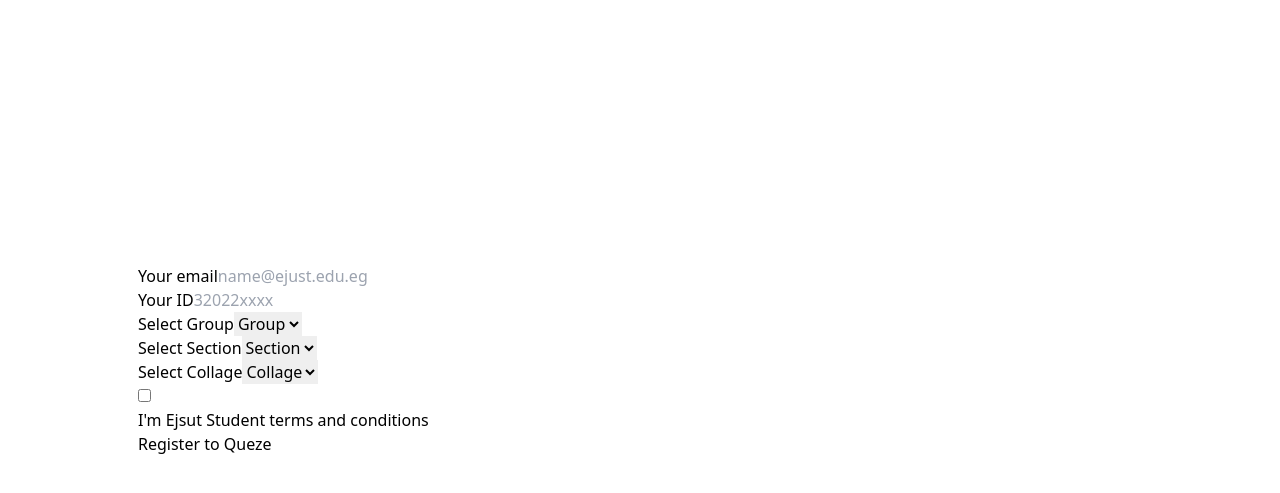
Repository: AbdalrahmanEldeep/FIBOTIC
Page: /
These files come from the project's save history. The page is drawn as it stood at one moment and after a run of saves; the edit follows.
The browser window is 1280 px wide. The pictures show the whole page.
The project was rebuilt for these pictures with package versions that can differ from the ones it lists, and the page was loaded fresh each time. Also part of the build but not shown: vite.config.js, src/pages/protecter.jsx, src/pages/exame.jsx.

Above is the page before, as saved 2023-01-06 22:56:07.

### index.html
<!DOCTYPE html>
<html lang="en">
  <head>
    <meta charset="UTF-8" />
    <link rel="icon" type="image/svg+xml" href="/vite.svg" />
    <meta name="viewport" content="width=device-width, initial-scale=1.0" />
    <title>FIBO</title>
    <!-- Tailwindcss -->
    <link rel="stylesheet" href="/src/global/app.css">
  </head>
  <body>
    <div id="root"></div>
    <script type="module" src="/src/main.jsx"></script>
  </body>
</html>

### src/global/app.css
/*
! tailwindcss v3.2.4 | MIT License | https://tailwindcss.com
*/

/*
1. Prevent padding and border from affecting element width. (https://github.com/mozdevs/cssremedy/issues/4)
2. Allow adding a border to an element by just adding a border-width. (https://github.com/tailwindcss/tailwindcss/pull/116)
*/

*,
::before,
::after {
  box-sizing: border-box;
  /* 1 */
  border-width: 0;
  /* 2 */
  border-style: solid;
  /* 2 */
  border-color: #e5e7eb;
  /* 2 */
}

::before,
::after {
  --tw-content: '';
}

/*
1. Use a consistent sensible line-height in all browsers.
2. Prevent adjustments of font size after orientation changes in iOS.
3. Use a more readable tab size.
4. Use the user's configured `sans` font-family by default.
5. Use the user's configured `sans` font-feature-settings by default.
*/

html {
  line-height: 1.5;
  /* 1 */
  -webkit-text-size-adjust: 100%;
  /* 2 */
  -moz-tab-size: 4;
  /* 3 */
  -o-tab-size: 4;
     tab-size: 4;
  /* 3 */
  font-family: ui-sans-serif, system-ui, -apple-system, BlinkMacSystemFont, "Segoe UI", Roboto, "Helvetica Neue", Arial, "Noto Sans", sans-serif, "Apple Color Emoji", "Segoe UI Emoji", "Segoe UI Symbol", "Noto Color Emoji";
  /* 4 */
  font-feature-settings: normal;
  /* 5 */
}

/*
1. Remove the margin in all browsers.
2. Inherit line-height from `html` so users can set them as a class directly on the `html` element.
*/

body {
  margin: 0;
  /* 1 */
  line-height: inherit;
  /* 2 */
}

/*
1. Add the correct height in Firefox.
2. Correct the inheritance of border color in Firefox. (https://bugzilla.mozilla.org/show_bug.cgi?id=190655)
3. Ensure horizontal rules are visible by default.
*/

hr {
  height: 0;
  /* 1 */
  color: inherit;
  /* 2 */
  border-top-width: 1px;
  /* 3 */
}

/*
Add the correct text decoration in Chrome, Edge, and Safari.
*/

abbr:where([title]) {
  -webkit-text-decoration: underline dotted;
          text-decoration: underline dotted;
}

/*
Remove the default font size and weight for headings.
*/

h1,
h2,
h3,
h4,
h5,
h6 {
  font-size: inherit;
  font-weight: inherit;
}

/*
Reset links to optimize for opt-in styling instead of opt-out.
*/

a {
  color: inherit;
  text-decoration: inherit;
}

/*
Add the correct font weight in Edge and Safari.
*/

b,
strong {
  font-weight: bolder;
}

/*
1. Use the user's configured `mono` font family by default.
2. Correct the odd `em` font sizing in all browsers.
*/

code,
kbd,
samp,
pre {
  font-family: ui-monospace, SFMono-Regular, Menlo, Monaco, Consolas, "Liberation Mono", "Courier New", monospace;
  /* 1 */
  font-size: 1em;
  /* 2 */
}

/*
Add the correct font size in all browsers.
*/

small {
  font-size: 80%;
}

/*
Prevent `sub` and `sup` elements from affecting the line height in all browsers.
*/

sub,
sup {
  font-size: 75%;
  line-height: 0;
  position: relative;
  vertical-align: baseline;
}

sub {
  bottom: -0.25em;
}

sup {
  top: -0.5em;
}

/*
1. Remove text indentation from table contents in Chrome and Safari. (https://bugs.chromium.org/p/chromium/issues/detail?id=999088, https://bugs.webkit.org/show_bug.cgi?id=201297)
2. Correct table border color inheritance in all Chrome and Safari. (https://bugs.chromium.org/p/chromium/issues/detail?id=935729, https://bugs.webkit.org/show_bug.cgi?id=195016)
3. Remove gaps between table borders by default.
*/

table {
  text-indent: 0;
  /* 1 */
  border-color: inherit;
  /* 2 */
  border-collapse: collapse;
  /* 3 */
}

/*
1. Change the font styles in all browsers.
2. Remove the margin in Firefox and Safari.
3. Remove default padding in all browsers.
*/

button,
input,
optgroup,
select,
textarea {
  font-family: inherit;
  /* 1 */
  font-size: 100%;
  /* 1 */
  font-weight: inherit;
  /* 1 */
  line-height: inherit;
  /* 1 */
  color: inherit;
  /* 1 */
  margin: 0;
  /* 2 */
  padding: 0;
  /* 3 */
}

/*
Remove the inheritance of text transform in Edge and Firefox.
*/

button,
select {
  text-transform: none;
}

/*
1. Correct the inability to style clickable types in iOS and Safari.
2. Remove default button styles.
*/

button,
[type='button'],
[type='reset'],
[type='submit'] {
  -webkit-appearance: button;
  /* 1 */
  background-color: transparent;
  /* 2 */
  background-image: none;
  /* 2 */
}

/*
Use the modern Firefox focus style for all focusable elements.
*/

:-moz-focusring {
  outline: auto;
}

/*
Remove the additional `:invalid` styles in Firefox. (https://github.com/mozilla/gecko-dev/blob/2f9eacd9d3d995c937b4251a5557d95d494c9be1/layout/style/res/forms.css#L728-L737)
*/

:-moz-ui-invalid {
  box-shadow: none;
}

/*
Add the correct vertical alignment in Chrome and Firefox.
*/

progress {
  vertical-align: baseline;
}

/*
Correct the cursor style of increment and decrement buttons in Safari.
*/

::-webkit-inner-spin-button,
::-webkit-outer-spin-button {
  height: auto;
}

/*
1. Correct the odd appearance in Chrome and Safari.
2. Correct the outline style in Safari.
*/

[type='search'] {
  -webkit-appearance: textfield;
  /* 1 */
  outline-offset: -2px;
  /* 2 */
}

/*
Remove the inner padding in Chrome and Safari on macOS.
*/

::-webkit-search-decoration {
  -webkit-appearance: none;
}

/*
1. Correct the inability to style clickable types in iOS and Safari.
2. Change font properties to `inherit` in Safari.
*/

::-webkit-file-upload-button {
  -webkit-appearance: button;
  /* 1 */
  font: inherit;
  /* 2 */
}

/*
Add the correct display in Chrome and Safari.
*/

summary {
  display: list-item;
}

/*
Removes the default spacing and border for appropriate elements.
*/

blockquote,
dl,
dd,
h1,
h2,
h3,
h4,
h5,
h6,
hr,
figure,
p,
pre {
  margin: 0;
}

fieldset {
  margin: 0;
  padding: 0;
}

legend {
  padding: 0;
}

ol,
ul,
menu {
  list-style: none;
  margin: 0;
  padding: 0;
}

/*
Prevent resizing textareas horizontally by default.
*/

textarea {
  resize: vertical;
}

/*
1. Reset the default placeholder opacity in Firefox. (https://github.com/tailwindlabs/tailwindcss/issues/3300)
2. Set the default placeholder color to the user's configured gray 400 color.
*/

input::-moz-placeholder, textarea::-moz-placeholder {
  opacity: 1;
  /* 1 */
  color: #9ca3af;
  /* 2 */
}

input::placeholder,
textarea::placeholder {
  opacity: 1;
  /* 1 */
  color: #9ca3af;
  /* 2 */
}

/*
Set the default cursor for buttons.
*/

button,
[role="button"] {
  cursor: pointer;
}

/*
Make sure disabled buttons don't get the pointer cursor.
*/

:disabled {
  cursor: default;
}

/*
1. Make replaced elements `display: block` by default. (https://github.com/mozdevs/cssremedy/issues/14)
2. Add `vertical-align: middle` to align replaced elements more sensibly by default. (https://github.com/jensimmons/cssremedy/issues/14#issuecomment-634934210)
   This can trigger a poorly considered lint error in some tools but is included by design.
*/

img,
svg,
video,
canvas,
audio,
iframe,
embed,
object {
  display: block;
  /* 1 */
  vertical-align: middle;
  /* 2 */
}

/*
Constrain images and videos to the parent width and preserve their intrinsic aspect ratio. (https://github.com/mozdevs/cssremedy/issues/14)
*/

img,
video {
  max-width: 100%;
  height: auto;
}

/* Make elements with the HTML hidden attribute stay hidden by default */

[hidden] {
  display: none;
}

*, ::before, ::after {
  --tw-border-spacing-x: 0;
  --tw-border-spacing-y: 0;
  --tw-translate-x: 0;
  --tw-translate-y: 0;
  --tw-rotate: 0;
  --tw-skew-x: 0;
  --tw-skew-y: 0;
  --tw-scale-x: 1;
  --tw-scale-y: 1;
  --tw-pan-x:  ;
  --tw-pan-y:  ;
  --tw-pinch-zoom:  ;
  --tw-scroll-snap-strictness: proximity;
  --tw-ordinal:  ;
  --tw-slashed-zero:  ;
  --tw-numeric-figure:  ;
  --tw-numeric-spacing:  ;
  --tw-numeric-fraction:  ;
  --tw-ring-inset:  ;
  --tw-ring-offset-width: 0px;
  --tw-ring-offset-color: #fff;
  --tw-ring-color: rgb(59 130 246 / 0.5);
  --tw-ring-offset-shadow: 0 0 #0000;
  --tw-ring-shadow: 0 0 #0000;
  --tw-shadow: 0 0 #0000;
  --tw-shadow-colored: 0 0 #0000;
  --tw-blur:  ;
  --tw-brightness:  ;
  --tw-contrast:  ;
  --tw-grayscale:  ;
  --tw-hue-rotate:  ;
  --tw-invert:  ;
  --tw-saturate:  ;
  --tw-sepia:  ;
  --tw-drop-shadow:  ;
  --tw-backdrop-blur:  ;
  --tw-backdrop-brightness:  ;
  --tw-backdrop-contrast:  ;
  --tw-backdrop-grayscale:  ;
  --tw-backdrop-hue-rotate:  ;
  --tw-backdrop-invert:  ;
  --tw-backdrop-opacity:  ;
  --tw-backdrop-saturate:  ;
  --tw-backdrop-sepia:  ;
}

::backdrop {
  --tw-border-spacing-x: 0;
  --tw-border-spacing-y: 0;
  --tw-translate-x: 0;
  --tw-translate-y: 0;
  --tw-rotate: 0;
  --tw-skew-x: 0;
  --tw-skew-y: 0;
  --tw-scale-x: 1;
  --tw-scale-y: 1;
  --tw-pan-x:  ;
  --tw-pan-y:  ;
  --tw-pinch-zoom:  ;
  --tw-scroll-snap-strictness: proximity;
  --tw-ordinal:  ;
  --tw-slashed-zero:  ;
  --tw-numeric-figure:  ;
  --tw-numeric-spacing:  ;
  --tw-numeric-fraction:  ;
  --tw-ring-inset:  ;
  --tw-ring-offset-width: 0px;
  --tw-ring-offset-color: #fff;
  --tw-ring-color: rgb(59 130 246 / 0.5);
  --tw-ring-offset-shadow: 0 0 #0000;
  --tw-ring-shadow: 0 0 #0000;
  --tw-shadow: 0 0 #0000;
  --tw-shadow-colored: 0 0 #0000;
  --tw-blur:  ;
  --tw-brightness:  ;
  --tw-contrast:  ;
  --tw-grayscale:  ;
  --tw-hue-rotate:  ;
  --tw-invert:  ;
  --tw-saturate:  ;
  --tw-sepia:  ;
  --tw-drop-shadow:  ;
  --tw-backdrop-blur:  ;
  --tw-backdrop-brightness:  ;
  --tw-backdrop-contrast:  ;
  --tw-backdrop-grayscale:  ;
  --tw-backdrop-hue-rotate:  ;
  --tw-backdrop-invert:  ;
  --tw-backdrop-opacity:  ;
  --tw-backdrop-saturate:  ;
  --tw-backdrop-sepia:  ;
}

### src/main.jsx
import ReactDOM  from "react-dom/client";
import { Root } from "./router/Root";
import 'flowbite';

const root = ReactDOM.createRoot(document.querySelector("#root"));

root.render(
  <Root/>
)

### src/router/Root.jsx
import React from 'react'
import { BrowserRouter, Route, Routes } from 'react-router-dom'
import Home from '../pages/home'
import Protecter from '../pages/protecter'
import Aboute from '../pages/exame'

export const Root = () => {
  return (
    <BrowserRouter>
        <Routes>
            <Route path="/" element={<Protecter statuse={true}><Home/></Protecter>}/>
            <Route path="/exame" element={<Protecter statuse={true}><Aboute/></Protecter>}/>
        </Routes>
    </BrowserRouter>
  )
}

### src/pages/home.jsx
import React from 'react'
import styled from 'styled-components'
import { Form } from '../components/Form'

const Container = styled.div`

  position: fixed;
  top: 50%;
  left: 50%;
  transform: translate(-50%,-50%);
  width: 80%;
  margin: 0 auto;

`

export default function Home() {
  return (
    <>
    <Container>
      <Form/>
    </Container>
    </>
  )
}

### src/components/Form.jsx
import React from 'react'

export const Form = () => {
  return (

        <form className='shadow' style={{padding:"10px"}}>
            <div className="mb-6">
                <label htmlFor="email" className="block mb-2 text-sm font-medium text-gray-900 dark:text-white">Your email</label>
                <input type="email" id="email" className="w-full shadow-sm bg-gray-50 border border-gray-300 text-gray-900 text-sm rounded focus:ring-blue-500 focus:border-blue-500 block p-2.5 dark:bg-gray-700 dark:border-gray-600 dark:placeholder-gray-400 dark:text-white dark:focus:ring-blue-500 dark:focus:border-blue-500 dark:shadow-sm-light" placeholder="name@ejust.edu.eg" required />
            </div>
            <div className="mb-6">
                <label htmlFor="stdid" className="block mb-2 text-sm font-medium text-gray-900 dark:text-white">Your ID</label>
                <input type="text" id="stdid" placeholder='32022xxxx' className="shadow-sm bg-gray-50 border border-gray-300 text-gray-900 text-sm rounded focus:ring-blue-500 focus:border-blue-500 block w-full p-2.5 dark:bg-gray-700 dark:border-gray-600 dark:placeholder-gray-400 dark:text-white dark:focus:ring-blue-500 dark:focus:border-blue-500 dark:shadow-sm-light" required />
            </div>
            <div className="flex flex-col gap-2 items-start mb-6">
                <label htmlFor="countries" className="block mb-2 text-sm font-medium text-gray-900 dark:text-white">Select Group</label>
                <select id="countries" className="bg-gray-50 border border-gray-300 text-gray-900 text-sm rounded focus:ring-blue-500 focus:border-blue-500 block w-full p-2.5 dark:bg-gray-700 dark:border-gray-600 dark:placeholder-gray-400 dark:text-white dark:focus:ring-blue-500 dark:focus:border-blue-500">
                    <option defaultValue="Group">Group</option>
                    <option value="US">G1</option>
                    <option value="CA">G2</option>
                    <option value="FR">G3</option>
                    <option value="DE">G4</option>
                </select>
            </div>
            <div className="flex flex-col gap-2 items-start mb-6">
                <label htmlFor="countries" className="block mb-2 text-sm font-medium text-gray-900 dark:text-white">Select Section</label>
                <select id="countries" className="bg-gray-50 border border-gray-300 text-gray-900 text-sm rounded focus:ring-blue-500 focus:border-blue-500 block w-full p-2.5 dark:bg-gray-700 dark:border-gray-600 dark:placeholder-gray-400 dark:text-white dark:focus:ring-blue-500 dark:focus:border-blue-500">
                    <option defaultValue="Section">Section</option>
                    <option value="1">S1</option>
                    <option value="2">S2</option>
                    <option value="3">S3</option>
                </select>
            </div>
            <div className="flex flex-col gap-2 items-start mb-6">
                <label htmlFor="countries" className="block mb-2 text-sm font-medium text-gray-900 dark:text-white">Select Collage</label>
                <select id="countries" className="bg-gray-50 border border-gray-300 text-gray-900 text-sm rounded focus:ring-blue-500 focus:border-blue-500 block w-full p-2.5 dark:bg-gray-700 dark:border-gray-600 dark:placeholder-gray-400 dark:text-white dark:focus:ring-blue-500 dark:focus:border-blue-500">
                    <option defaultValue="Collage">Collage</option>
                    <option value="CSIT">CSIT</option>
                </select>
            </div>
            <div className="flex items-start mb-6">
                <div className="flex items-center h-5">
                <input id="terms" type="checkbox" value="" className="w-4 h-4 border border-gray-300 rounded bg-gray-50 focus:ring-3 focus:ring-blue-300 dark:bg-gray-700 dark:border-gray-600 dark:focus:ring-blue-600 dark:ring-offset-gray-800" required />
                </div>
                <label htmlFor="terms" className="ml-2 text-sm font-medium text-gray-900 dark:text-gray-300">I'm Ejsut Student  <a href="#" className="text-blue-600 hover:underline dark:text-blue-500">terms and conditions</a></label>
            </div>
            <button type="submit" className="text-white bg-blue-700 hover:bg-blue-800 focus:ring-4 focus:outline-none focus:ring-blue-300 font-medium rounded text-sm px-5 py-2.5 text-center dark:bg-blue-600 dark:hover:bg-blue-700 dark:focus:ring-blue-800">Register to Queze</button>
        </form>


  )
}

After the next 2 saves:
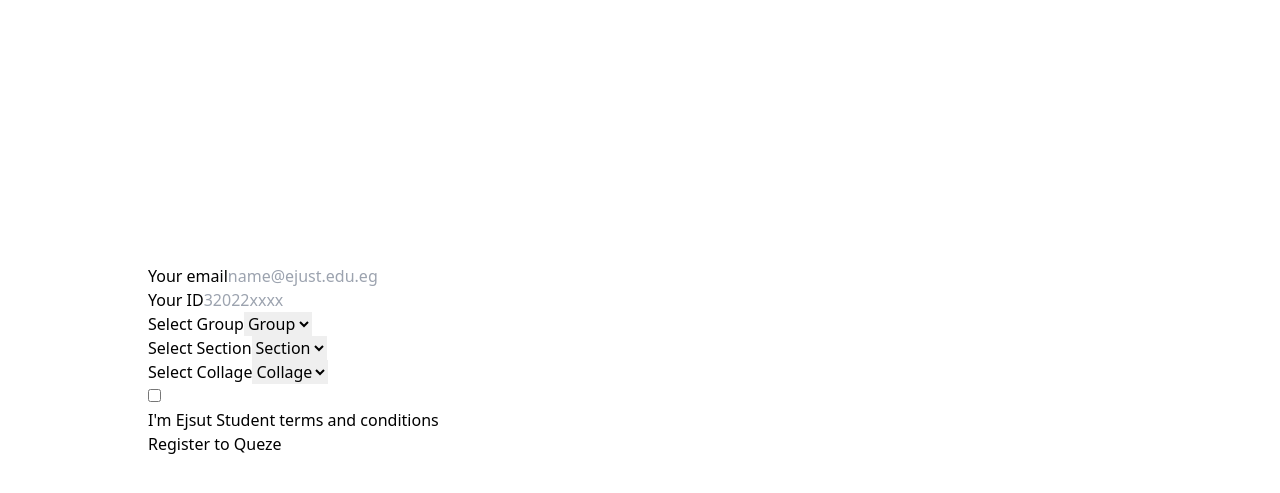
The 2 saves are shown as one change because they came seconds apart.
The last was saved 8 s later.
--- a/src/components/Form.jsx
+++ b/src/components/Form.jsx
@@ -3,7 +3,7 @@ import React from 'react'
 export const Form = () => {
   return (
 
-        <form className='shadow' style={{padding:"10px"}}>
+        <form className='shadow' style={{padding:"20px"}}>
             <div className="mb-6">
                 <label htmlFor="email" className="block mb-2 text-sm font-medium text-gray-900 dark:text-white">Your email</label>
                 <input type="email" id="email" className="w-full shadow-sm bg-gray-50 border border-gray-300 text-gray-900 text-sm rounded focus:ring-blue-500 focus:border-blue-500 block p-2.5 dark:bg-gray-700 dark:border-gray-600 dark:placeholder-gray-400 dark:text-white dark:focus:ring-blue-500 dark:focus:border-blue-500 dark:shadow-sm-light" placeholder="name@ejust.edu.eg" required />
